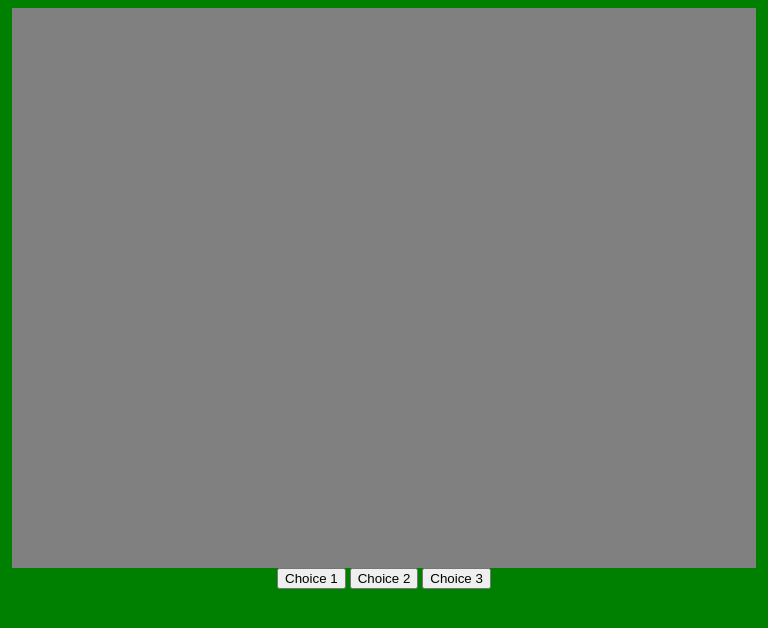
Repository: nguyenlejoe/Dynamic_notSoSherlock
Page: MultiChoice/MultiChoice.html
These files come from the project's save history. The page is drawn as it stood at one moment and after the next save; the edit follows.
The browser window is 768 px wide. The pictures show the whole page.

Above is the page before, as saved 2020-03-05 18:34:27.

### MultiChoice/MultiChoice.html
<!DOCTYPE html>
<html>
    <head>
        <title>Inductive Thinking</title>
        <link rel="stylesheet" href="MultiChoice.css">
    </head>
    <body>
        <div id="app">
            <div id="crimeScene">
                <div class="evidence" id=""></div>
                <div class="evidence" id=""></div>
                <div class="evidence" id=""></div>
            </div>
            <div id="multiChoice">
                <button id="buttonA">Choice 1</button>
                <button id="buttonB">Choice 2</button>
                <button id="buttonC">Choice 3</button>
        </div>
        </div>
    </body>

</html>

### MultiChoice/MultiChoice.css
@media screen and (min-width: 375px) and (max-width: 812px){
body{
    background-color: green;
}
#app{
    display: flex;
    flex-direction: column;
    align-items: center;
}

#crimeScene{
    height: 70vh;
    width: 97vw;
    background-color: grey;
}

#multiChoice{
    background-color:
    width: 100%;
    height: 30%;
}





}

After the next save:
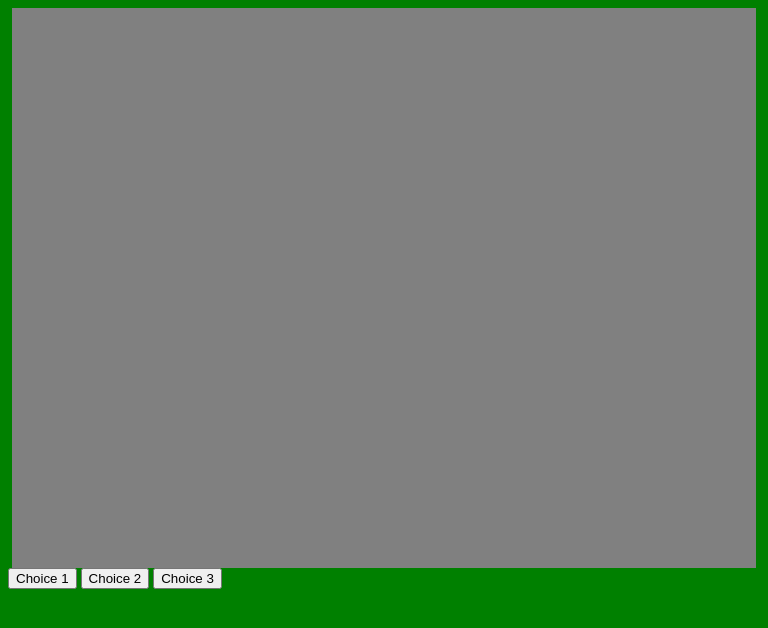
Saved 4 s later.
--- a/MultiChoice/MultiChoice.css
+++ b/MultiChoice/MultiChoice.css
@@ -15,7 +15,7 @@
 }
 
 #multiChoice{
-    background-color:
+    background-color:;
     width: 100%;
     height: 30%;
 }

After the save that followed:
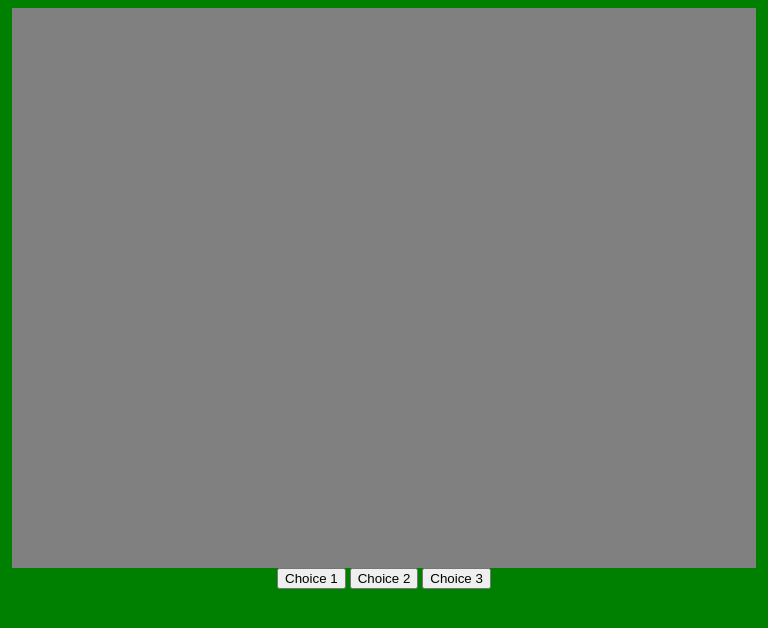
Saved 30 s later.
--- a/MultiChoice/MultiChoice.css
+++ b/MultiChoice/MultiChoice.css
@@ -14,11 +14,6 @@
     background-color: grey;
 }
 
-#multiChoice{
-    background-color:;
-    width: 100%;
-    height: 30%;
-}
 
 
 
